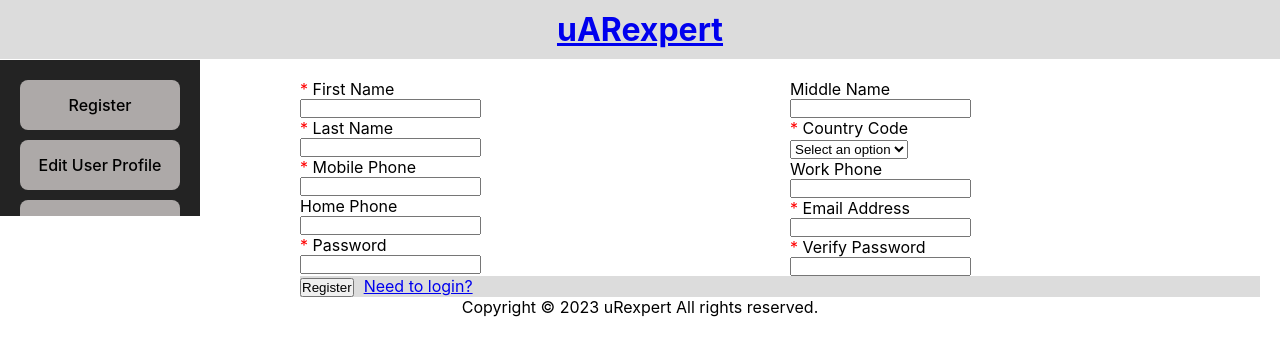
Repository: onionNguyen/Senior-Design-Project
Page: /register (app in frontend/)
The author's editor kept a copy of each file at every save. The page is drawn from the files as they stood at one save, then again after the next save.
The browser window is 1280 px wide. The pictures show the whole page.
The page's requests for data from a server got no answer. The project was rebuilt for these pictures with package versions that can differ from the ones it lists, and the page was loaded fresh each time. No one was signed in, and anything a server would have sent is missing. Also part of the build but not shown: frontend/src/components/pages/edit-user-profile/EditProfile.module.css, frontend/src/components/pages/edit-user-profile/EditProfile.js, frontend/src/components/pages/login/Login.module.css, frontend/src/components/pages/login/Login.js, frontend/src/components/pages/home/Home.module.css, frontend/src/components/pages/error/Unauthorized.js, frontend/src/components/pages/home/Home.js, frontend/src/components/pages/error/NotFound.js and 2 more.

Above is the page before, as saved 2023-10-27 13:48:46.

### frontend/src/index.css
* {
  box-sizing: border-box;
  margin: 0;
  padding: 0;
}

body {
  font-family: -apple-system, BlinkMacSystemFont, "Segoe UI", "Roboto", "Oxygen",
    "Ubuntu", "Cantarell", "Fira Sans", "Droid Sans", "Helvetica Neue",
    sans-serif;
  -webkit-font-smoothing: antialiased;
  -moz-osx-font-smoothing: grayscale;
}

code {
  font-family: source-code-pro, Menlo, Monaco, Consolas, "Courier New",
    monospace;
}

### frontend/src/App.js
import { BrowserRouter as Router, Routes, Route } from "react-router-dom";
import EditProfile from "./components/pages/edit-user-profile/EditProfile";
import Login from "./components/pages/login/Login";
import Home from "./components/pages/home/Home";
import Register from "./components/pages/registration/Register";
import { AuthContext } from "./helpers/AuthContext";
import { useState, useEffect } from "react";
import axios from "axios";
import NotFound from "./components/pages/error/NotFound";
import Calendar from "./components/pages/calendar/Calendar";
import RemoteViewing from "./components/pages/remote-viewing/RemoteViewing";

function App() {
  const [authState, setAuthState] = useState({
    id: 0,
    name: "",
    email: "",
    status: false,
  });

  useEffect(() => {
    axios
      .get("http://localhost:5000/auth", {
        headers: {
          accessToken: localStorage.getItem("accessToken"),
        },
      })
      .then((response) => {
        console.log(response.data);
        if (response.data.error) {
          setAuthState({
            ...authState,
            status: false,
          });
        } else {
          setAuthState({
            id: response.data.id,
            name: response.data.name,
            email: response.data.email,
            status: true,
          });
        }
      });
  }, [authState]);

  return (
    <AuthContext.Provider value={{ authState, setAuthState }}>
      <Router>
        <Routes>
          <Route path="/" exact element={<Home />} />
          <Route path="/register" exact element={<Register />} />
          <Route path="/login" exact element={<Login />} />
          <Route path="/profile/edit" exact element={<EditProfile />} />
          <Route path="/calendar" exact element={<Calendar />} />
          <Route path="/remote-viewing" exact element={<RemoteViewing />} />
          <Route path="*" exact element={<NotFound />} />
        </Routes>
      </Router>
    </AuthContext.Provider>
  );
}

export default App;

### frontend/src/components/pages/registration/Register.js
import React, { useState, useEffect } from "react";
import { useNavigate } from "react-router-dom";
import axios from "axios";
import Footer from "../../footer/Footer";
import Header from "../../header/Header";
import SideNav from "../../sidenav/SideNav";
import Input from "../../form/Input";
import styles from "./Register.module.css";
import IndicatesRequired from "../../form/IndicatesRequired";
import MessageRibbon from "../../form/MessageRibbon";

const Register = () => {
  const navigate = useNavigate();

  const [formData, setFormData] = useState({
    first_name: "",
    middle_name: "",
    last_name: "",
    country_name: "",
    mobile_phone: "",
    work_phone: "",
    home_phone: "",
    email: "",
    password: "",
    verify_password: "",
  });

  const [errorMessages, setErrorMessages] = useState([]);

  const [countryCodes, setCountryCodes] = useState([]);

  useEffect(() => {
    axios
      .get("http://localhost:5000/countries")
      .then((response) => {
        setCountryCodes(response.data.countries);
      })
      .catch((error) => {
        console.error("Error fetching country codes:", error);
      });
  }, []);

  const handleInputChange = (event) => {
    const { name, value } = event.target;
    console.log(value);
    setFormData({ ...formData, [name]: value });
  };

  const isValidEmail = (email) => {
    const emailPattern = /^[a-zA-Z0-9._%+-]+@[a-zA-Z0-9.-]+\.[a-zA-Z]{2,}$/;
    return emailPattern.test(email);
  };

  const isValidPhoneNumber = (phoneNumber) => {
    const phonePattern = /^[0-9]{10}$/;
    return phonePattern.test(phoneNumber);
  };

  const handleSubmit = (event) => {
    event.preventDefault();
    console.log(formData);

    const errors = [];

    const fieldToLablesMap = {
      first_name: "First name",
      middle_name: "Middle name",
      last_name: "Last name",
      country_name: "Country code",
      mobile_phone: "Mobile phone",
      work_phone: "Work phone",
      home_phone: "Home phone",
      email: "Email address",
      password: "Password",
      verify_password: "Verify password",
    };

    // Validation for required fields
    const requiredFields = [
      "first_name",
      "last_name",
      "country_name",
      "mobile_phone",
      "email",
      "password",
      "verify_password",
    ];

    requiredFields.forEach((field) => {
      if (!formData[field]) {
        errors.push(`${fieldToLablesMap[field]} is required.`);
      }
    });

    // Validation for field lengths
    const fieldsToCheckLength = [
      "first_name",
      "middle_name",
      "last_name",
      "email",
      "password",
      "verify_password",
    ];
    fieldsToCheckLength.forEach((field) => {
      if (formData[field] && formData[field].length > 50) {
        errors.push(
          `${fieldToLablesMap[field]} must be 50 characters or less.`
        );
      }
    });

    // Validation for phone numbers (mobile, work, home)
    const phoneFields = ["mobile_phone", "work_phone", "home_phone"];
    phoneFields.forEach((field) => {
      if (
        formData[field] &&
        (formData[field].length > 10 || !isValidPhoneNumber(formData[field]))
      ) {
        errors.push(
          `${fieldToLablesMap[field]} must be 10 characters or less and valid.`
        );
      }
    });

    // Validation for email
    if (formData.email && !isValidEmail(formData.email)) {
      errors.push("Invalid email address.");
    }

    // Validation for password and verify_password
    if (formData.password !== formData.verify_password) {
      errors.push("Passwords do not match.");
    }

    console.log(errors);
    if (errors.length === 0) {
      axios
        .post("http://localhost:5000/register", formData)
        .then((response) => {
          console.log(response.data);
          navigate("/login");
        })
        .catch((error) => {
          console.error("Error registering user:", error);
        });
      setErrorMessages([]);
      setFormData({
        first_name: "",
        middle_name: "",
        last_name: "",
        country_name: "",
        mobile_phone: "",
        work_phone: "",
        home_phone: "",
        email: "",
        password: "",
        verify_password: "",
      });
    } else {
      setErrorMessages(errors);
    }
  };

  return (
    <div>
      <Header />
       <SideNav />
      <MessageRibbon messageList={errorMessages} />
      <IndicatesRequired />
      <form onSubmit={handleSubmit} noValidate>
        <div className={styles["form-container"]}>
          <div className={styles["form-sub-container"]}>
            <Input
              label={"First Name"}
              type={"text"}
              name={"first_name"}
              value={formData.first_name}
              onChange={handleInputChange}
              required={true}
            />
            <Input
              label={"Last Name"}
              type={"text"}
              name={"last_name"}
              value={formData.last_name}
              onChange={handleInputChange}
              required={true}
            />
            <Input
              label={"Mobile Phone"}
              type={"text"}
              name={"mobile_phone"}
              value={formData.mobile_phone}
              onChange={handleInputChange}
              required={true}
            />
            <Input
              label={"Home Phone"}
              type={"text"}
              name={"home_phone"}
              value={formData.home_phone}
              onChange={handleInputChange}
              required={false}
            />
            <Input
              label={"Password"}
              type={"password"}
              name={"password"}
              value={formData.password}
              onChange={handleInputChange}
              required={true}
            />
          </div>
          <div className={styles["form-sub-container"]}>
            <Input
              label={"Middle Name"}
              type={"text"}
              name={"middle_name"}
              value={formData.middle_name}
              onChange={handleInputChange}
              required={false}
            />
            <Input
              label={"Country Code"}
              type={"select"}
              name={"country_name"}
              value={formData.country_name}
              onChange={handleInputChange}
              required={true}
              countryCodes={countryCodes}
            />
            <Input
              label={"Work Phone"}
              type={"text"}
              name={"work_phone"}
              value={formData.work_phone}
              onChange={handleInputChange}
              required={false}
            />
            <Input
              label={"Email Address"}
              type={"email"}
              name={"email"}
              value={formData.email}
              onChange={handleInputChange}
              required={true}
            />
            <Input
              label={"Verify Password"}
              type={"password"}
              name={"verify_password"}
              value={formData.verify_password}
              onChange={handleInputChange}
              required={true}
            />
          </div>
        </div>
        <div className={styles["button-ribbon"]}>
          <button>Register</button>
          <a href="http://localhost:3000/login">Need to login?</a>
        </div>
      </form>
      <Footer />
    </div>
  );
};

export default Register;

### frontend/src/components/footer/Footer.js
import React from "react";
import styles from "./Footer.module.css";

const Footer = () => {
  return (
    <div className={styles["footer"]}>
      <p>Copyright &copy; 2023 uRexpert All rights reserved.</p>
    </div>
  );
};

export default Footer;

### frontend/src/components/header/Header.js
import React from "react";
import styles from "./Header.module.css";
import { useContext } from "react";
import { AuthContext } from "../../helpers/AuthContext";
import { useNavigate, Link } from "react-router-dom";

const Header = () => {
  const { authState, setAuthState } = useContext(AuthContext);
  const navigate = useNavigate();

  const logout = () => {
    localStorage.removeItem("accessToken");
    setAuthState({
      id: 0,
      name: "",
      email: "",
      status: false,
    });
    navigate("/login");
  };

  return (
    <div className={styles["header"]}>
      <Link to="/">
        <h1>uARexpert</h1>
      </Link>
      {authState.status && <h2>{authState.name}</h2>}
      {authState.status && <button onClick={logout}>Logout</button>}
    </div>
  );
};

export default Header;

### frontend/src/components/sidenav/SideNav.js
import React from "react";
import styles from "./SideNav.module.css";
import { Link } from 'react-router-dom';

const SideNav = (props) => {
  return (
    <div className={styles.sidenav}>
      <ul className={styles.listGroup}>
        <li className={styles.listItem}>
          <Link to="/register">Register</Link>
        </li>
        <li className={styles.listItem}>
          <Link to="/profile/edit">Edit User Profile</Link>
        </li>
        <li className={styles.listItem}>
          <Link to="/remote-viewing">Remote Viewing</Link>
        </li>
        <li className={styles.listItem}>
          <Link to="/calendar">Calendar</Link>
        </li>
      </ul>
    </div>
  );
};

export default SideNav;

### frontend/src/components/form/Input.js
import React from "react";
import styles from "./Form.module.css";

const Input = ({
  label,
  type,
  name,
  value,
  onChange,
  required,
  countryCodes,
}) => {
  return (
    <>
      <label className={styles["display-block"]} htmlFor={name}>
        {required && <span className={styles["required"]}>* </span>}
        {label}
      </label>
      {type === "select" && (
        <select
          name={name}
          id={name}
          value={value}
          onChange={(e) => onChange(e)}
          required={required}
        >
          <option value="" disabled hidden>
            Select an option
          </option>
          {countryCodes.map((countryCode, index) => (
            <option key={index} value={countryCode.name}>
              {countryCode.name} ({countryCode.code})
            </option>
          ))}
        </select>
      )}
      {(type === "text" || type === "email" || type === "password") && (
        <input
          className={styles["display-block"]}
          type={type}
          name={name}
          id={name}
          value={value}
          onChange={(e) => onChange(e)}
          required={required}
        />
      )}
    </>
  );
};

export default Input;

### frontend/src/components/form/IndicatesRequired.js
import React from "react";
import styles from "./Form.module.css";

const IndicatesRequired = () => {
  return (
    <div>
      <span className={styles["required"]}>* </span>
      <span>Indicates Required</span>
    </div>
  );
};

export default IndicatesRequired;

### frontend/src/components/form/MessageRibbon.js
import React from "react";

const MessageRibbon = ({ messageList }) => {
  return (
    <>
      <ul>
        {messageList.map((message, index) => {
          return <li key={index}>{message}</li>;
        })}
      </ul>
    </>
  );
};

export default MessageRibbon;

### frontend/src/components/pages/registration/Register.module.css
.form-container {
  display: flex;
  margin-left: 300px; /* equal to the width of the sidenav to avoid overlap */
  position: relative;
  z-index: 2;
}

.form-sub-container {
  width: 50%;
}

.button-ribbon {
  background-color: gainsboro;
  margin-left: 300px;
  margin-right: 20px;
}

.button-ribbon button {
  margin-right: 10px;
}

### frontend/src/components/header/Header.module.css
.header {
  display: flex;
  justify-content: center;
  align-items: center;
  background-color: gainsboro;
  padding: 10px 20px;
}

.left-aligned {
  display: flex;
  align-items: center;
}

#logo img {
  margin-right: 15px; /* Adjust as needed */
}

### frontend/src/components/sidenav/SideNav.module.css
.sidenav {
  height: calc(30vh - 60px);
  width: 200px; /* Fixed width to ensure uniform look across different screens */
  max-width: 80%; /* Ensure it doesn't consume too much space on smaller screens */
  z-index: 1;
  top: 60px;
  left: 0;
  background-color: #232323; /* Darker color for contrast */
  transition: 0.5s ease;
  overflow-x: hidden;
  padding: 20px;
  display: flex;
  flex-direction: column;
  align-items: center;
  position: fixed;
  overflow-y: auto;
}

.listGroup {
  width: 100%;
  list-style-type: none;
  padding: 0;
}

.listItem {
  width: 100%;
  padding: 15px 10px;
  text-align: center;
  margin-bottom: 10px;
  border-radius: 8px; /* Added border radius */
  background-color: #ada9a8;
  transition: background-color 0.3s ease; /* Transition effect for hover */
}

.listItem:hover {
  background-color: #7a7675; /* Change color on hover */
}

.listItem a {
  text-decoration: none;
  color: black; /* Ensure text is black, change as per your preference */
  font-weight: 500; /* Slightly bolder font */
  transition: color 0.3s ease; /* Transition effect for hover */
}

.listItem a:hover {
  color: white; /* Change color on hover */
}

### frontend/src/components/form/Form.module.css
.display-block {
  display: block;
}

.required {
  color: red;
}

Loaded but not shown: frontend/public/index.html (common file); frontend/src/index.js (common file); frontend/src/reportWebVitals.js (common file); frontend/src/helpers/AuthContext.js (common file); frontend/src/components/footer/Footer.module.css (common file)

After the next save:
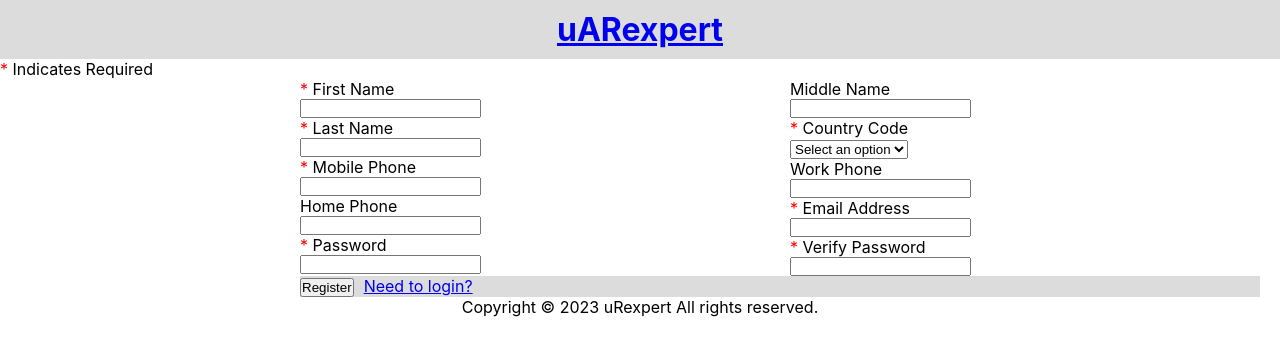
Saved 102 min 48 s later.
--- a/frontend/src/components/pages/registration/Register.js
+++ b/frontend/src/components/pages/registration/Register.js
@@ -3,7 +3,6 @@ import { useNavigate } from "react-router-dom";
 import axios from "axios";
 import Footer from "../../footer/Footer";
 import Header from "../../header/Header";
-import SideNav from "../../sidenav/SideNav";
 import Input from "../../form/Input";
 import styles from "./Register.module.css";
 import IndicatesRequired from "../../form/IndicatesRequired";
@@ -164,7 +163,6 @@ const Register = () => {
   return (
     <div>
       <Header />
-       <SideNav />
       <MessageRibbon messageList={errorMessages} />
       <IndicatesRequired />
       <form onSubmit={handleSubmit} noValidate>
